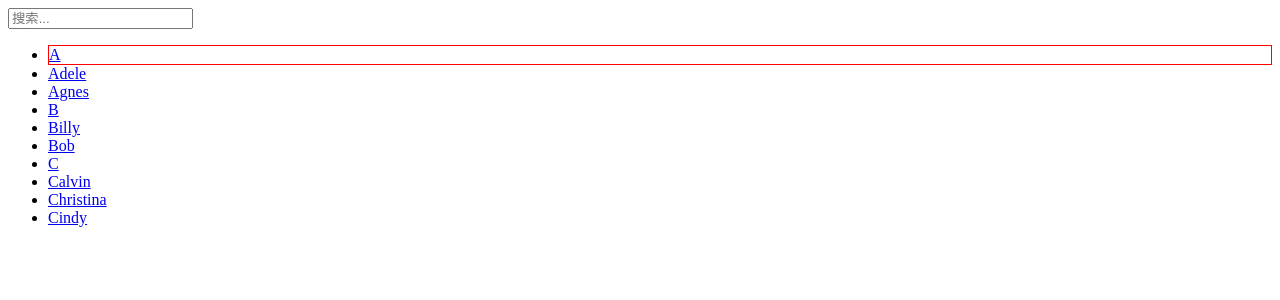
Repository: bigzheng11/selectWork
Page: 原生JS实现/原生JS实现.html
The author's editor kept a copy of each file at every save. The page is drawn from the files as they stood at one save, then again after a run of saves.
The browser window is 1280 px wide. The pictures show the whole page.

Above is the page before, as saved 2022-10-25 09:18:58.

After the next 2 saves:
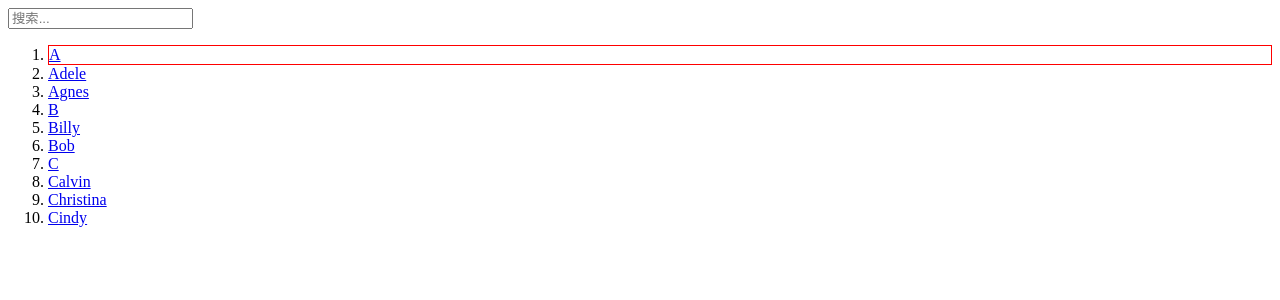
The 2 saves are shown as one change because they came seconds apart.
The last was saved 50 s later.
--- a/原生JS实现/原生JS实现.html
+++ b/原生JS实现/原生JS实现.html
@@ -15,7 +15,7 @@
         />
         <!-- onkeyup键盘输入事件 -->
 
-        <ul id="myUL">
+        <ol id="myUL">
             <li>
                 <div style="border: 1px solid red">
                     <a href="#" class="header">A</a>
@@ -30,7 +30,7 @@
             <li><a href="#">Calvin</a></li>
             <li><a href="#">Christina</a></li>
             <li><a href="#">Cindy</a></li>
-        </ul>
+        </ol>
         <script>
             function myFunction() {
                 // 声明变量

After the save that followed:
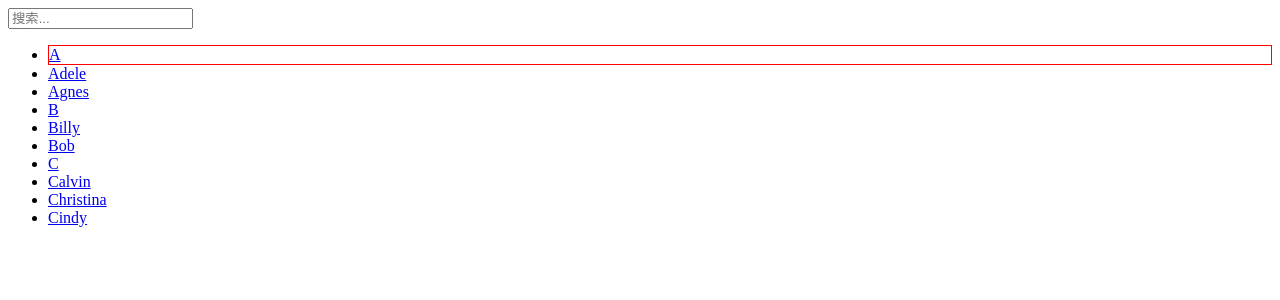
Saved 39 s later.
--- a/原生JS实现/原生JS实现.html
+++ b/原生JS实现/原生JS实现.html
@@ -15,7 +15,7 @@
         />
         <!-- onkeyup键盘输入事件 -->
 
-        <ol id="myUL">
+        <ul id="myUL">
             <li>
                 <div style="border: 1px solid red">
                     <a href="#" class="header">A</a>
@@ -30,7 +30,7 @@
             <li><a href="#">Calvin</a></li>
             <li><a href="#">Christina</a></li>
             <li><a href="#">Cindy</a></li>
-        </ol>
+        </ul>
         <script>
             function myFunction() {
                 // 声明变量
